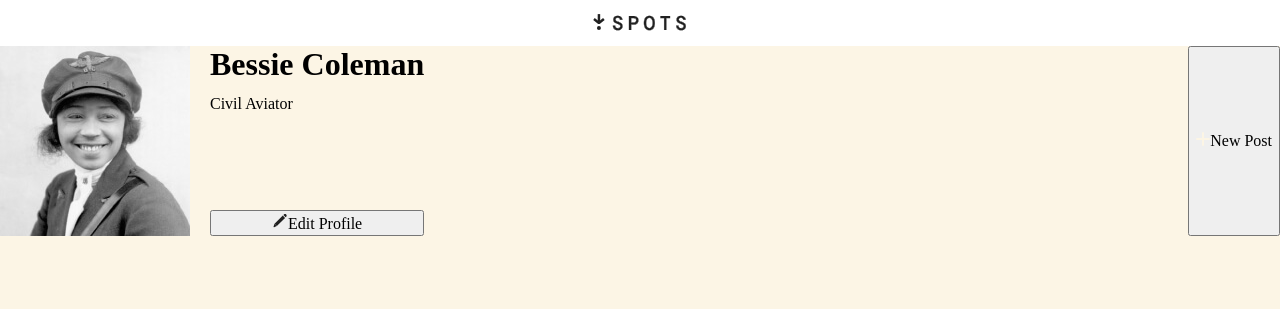
Repository: riffey55/se_project_spots
Page: index.html
These files come from the project's save history. The page is drawn as it stood at one moment and after the next save; the edit follows.
The browser window is 1280 px wide. The pictures show the whole page.

Above is the page before, as saved 2025-05-19 17:14:50.

After the next save:
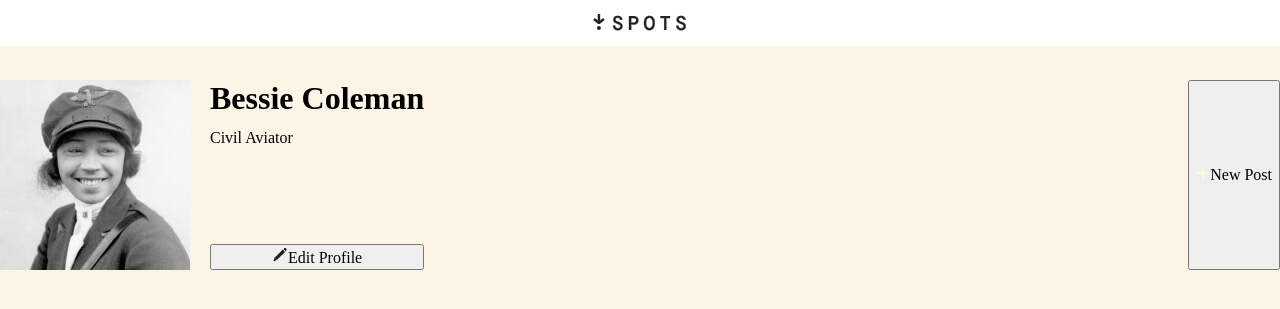
Saved 115 s later.
--- a/blocks/profile.css
+++ b/blocks/profile.css
@@ -1,5 +1,6 @@
 .profile {
   display: flex;
+  padding: 34px 0 20px;
 }
 
 .profile__avatar {
